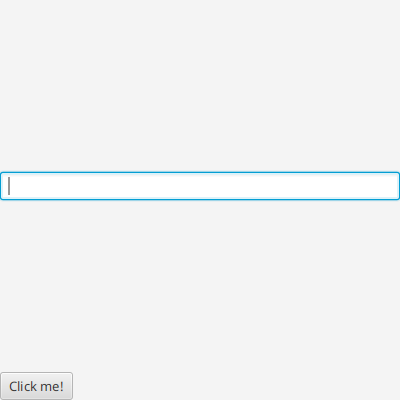
Repository: Tomcat-Seaotter/Java
Program's window: java code14/Lesson41/src/application/Lesson42.java
These files come from the project's save history. The program's window is drawn as it stood at one moment and after the next save; the edit follows.
It runs on Java 21 on a 1366 x 768 screen with JavaFX 11; the title bar is not drawn.

Above is the program's window before, as saved 2018-12-21 23:02:48.

### code14/Lesson41/src/application/Lesson42.java
package application;

import javafx.application.Application;
import javafx.scene.Scene;
import javafx.scene.control.Button;
import javafx.scene.control.Label;
import javafx.scene.control.TextField;
import javafx.scene.layout.BorderPane;
import javafx.stage.Stage;

public class Lesson42 extends Application {

	@Override
	public void start(Stage stage) throws Exception {
		// TODO Auto-generated method stub
		Label lab1 = new Label();
		lab1.setText("UserName");
		TextField tx1 = new TextField();
		Button btn1 = new Button("Click me!");
		BorderPane pane1 = new BorderPane();
		pane1.setCenter(lab1);
		pane1.setCenter(tx1);
		pane1.setBottom(btn1);
		Scene scene1 = new Scene(pane1,400,400);
		stage.setTitle("BorderPane");
		stage.setScene(scene1);
		stage.show();
	}

	public static void main(String[] args) {
		// TODO Auto-generated method stub
		Application.launch(args);

	}

}

After the next save:
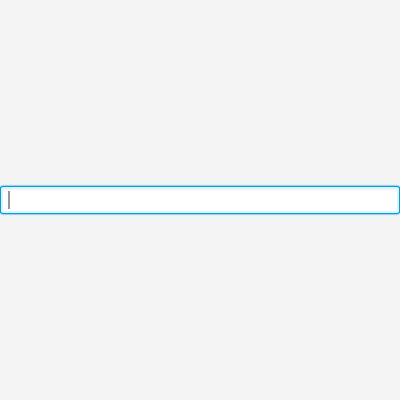
Saved 60 s later.
--- a/code14/Lesson41/src/application/Lesson42.java
+++ b/code14/Lesson41/src/application/Lesson42.java
@@ -20,7 +20,7 @@
 		BorderPane pane1 = new BorderPane();
 		pane1.setCenter(lab1);
 		pane1.setCenter(tx1);
-		pane1.setBottom(btn1);
+//		pane1.setBottom(btn1);
 		Scene scene1 = new Scene(pane1,400,400);
 		stage.setTitle("BorderPane");
 		stage.setScene(scene1);
